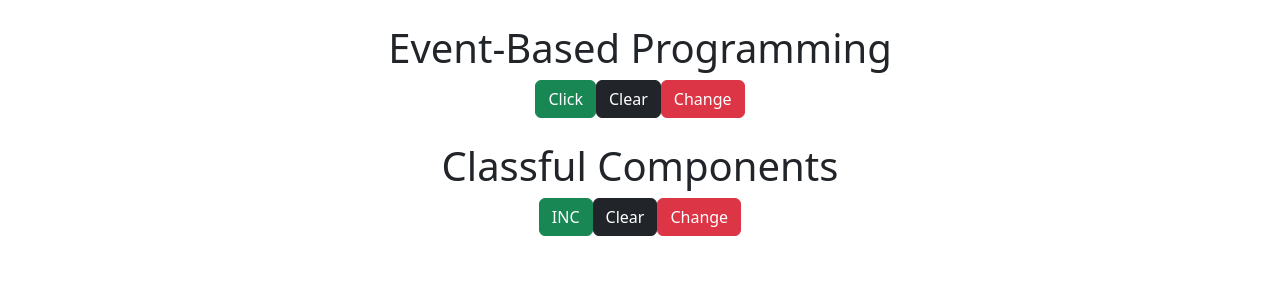
Repository: sedat-akdogan/React_Revision
Page: / (app in sunday/)
An editor plug-in stored every save of this project. The page is shown before and after a run of saves, followed by the edit.
The browser window is 1280 px wide. The pictures show the whole page.
The project was rebuilt for these pictures with package versions that can differ from the ones it lists, and the page was loaded fresh each time.

Above is the page before, as saved 2023-04-01 01:53:53.

### sunday/src/index.js
import React from 'react';
import ReactDOM from 'react-dom/client';
import App from './App';
import 'bootstrap/dist/css/bootstrap.min.css';

const root = ReactDOM.createRoot(document.getElementById('root'));
root.render(<App />);

### sunday/src/App.js
import React from 'react';
import Events from './components/1-events/Events';
import Counter from './components/2-classComponents/Counter';


function App() {
    return (
        <div>
            <Events />
            <Counter />
        </div>
    );
}

export default App;

### sunday/src/components/1-events/Events.jsx
const Events = () => {
    let message = "Event-Based Programming";
    const handleClick = () => {
        alert("Button Clicked");
    }

    const handleClear = (msg) => {
        alert(msg);
    }

    const handleChange = (event) => {
        console.log(event.target);
    }

    return (
        <div className='container text-center mt-4'>
            <h1>{message}</h1>
            <button
                onClick={handleClick} className='btn btn-success'>
                Click
            </button>

            <button
            onClick={() => handleClear("Clear Button Clicked")}
            className="btn btn-dark">
                Clear
            </button>

            <button onclick={handleChange} className="btn btn-danger">
                Change
            </button>
        </div>
    );
};

export default Events;

### sunday/src/components/2-classComponents/Counter.jsx

import { Component } from 'react';

class Counter extends Component {

    constructor(props) {
        super(props)

        this.state = {
            count: 0,
        };
    }


    render() {
        return (
            <div className='container text-center mt-4'>
                <h1>Classful Components</h1>
                <button className='btn btn-success'>INC</button>

                <button className="btn btn-dark">Clear</button>

                <button  className="btn btn-danger">Change</button>
            </div>
        );
    }
}

export default Counter;

Loaded but not shown: sunday/public/index.html (common file)

After the next 3 saves:
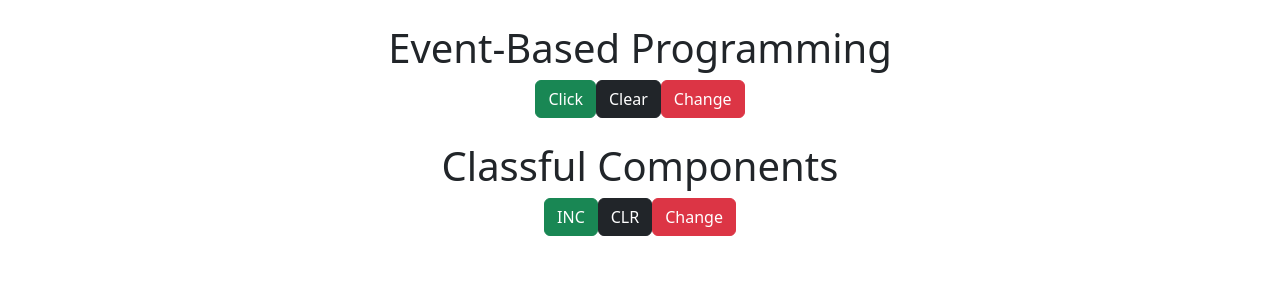
The 3 saves are shown as one change because they came seconds apart.
The last was saved 10 s later.
--- a/sunday/src/components/2-classComponents/Counter.jsx
+++ b/sunday/src/components/2-classComponents/Counter.jsx
@@ -18,7 +18,7 @@ class Counter extends Component {
                 <h1>Classful Components</h1>
                 <button className='btn btn-success'>INC</button>
 
-                <button className="btn btn-dark">Clear</button>
+                <button className="btn btn-dark">CLR</button>
 
                 <button  className="btn btn-danger">Change</button>
             </div>
